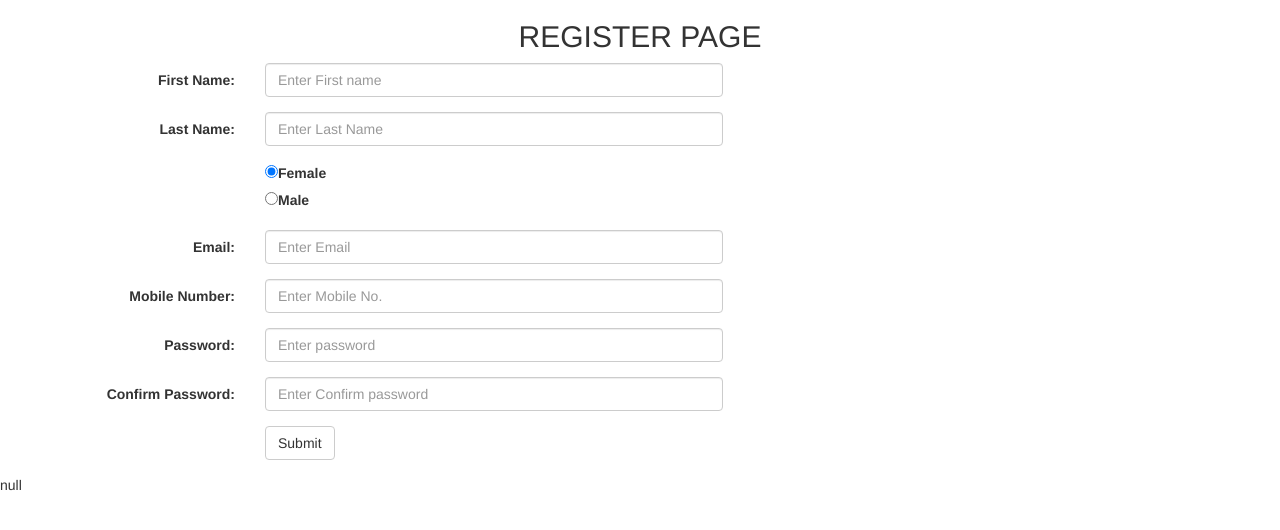
Repository: AvantiKopulwar/Task-Workspace
Page: http://localhost/AdminStudentLogin/register.jsp
The author's editor kept a copy of each file at every save. The page is drawn from the files as they stood at one save, then again after the next save.
The browser window is 1280 px wide. The pictures show the whole page.
The page is served by Tomcat 9.

Above is the page before, as saved 2018-10-04 12:47:06.

After the next save:
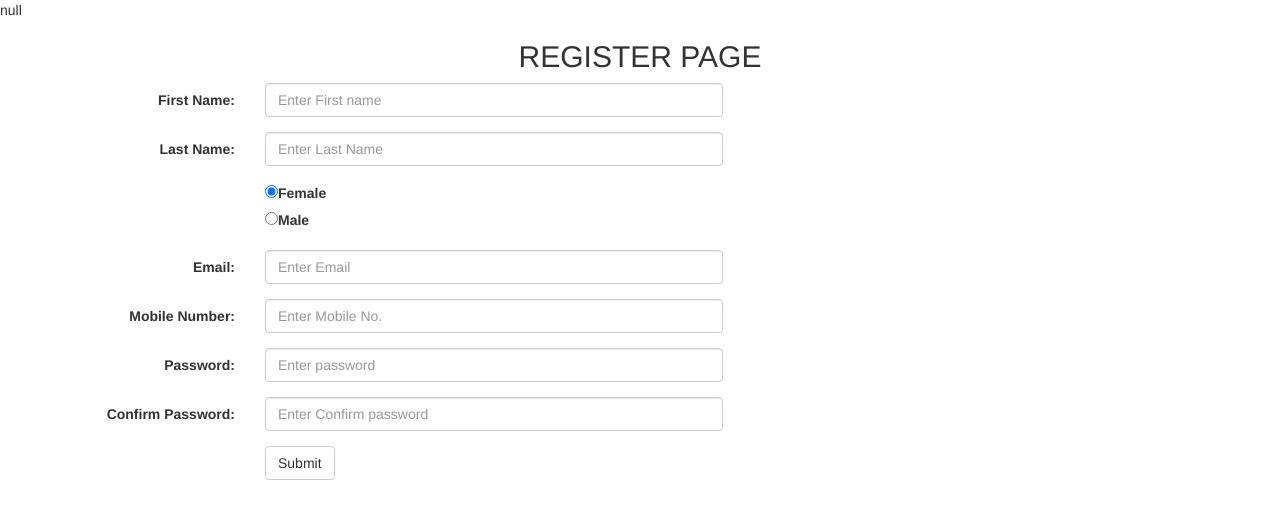
Saved 2 min 21 s later.
--- a/AdminStudentLogin/WebContent/register.jsp
+++ b/AdminStudentLogin/WebContent/register.jsp
@@ -1,3 +1,6 @@
+<%String message= (String) request.getAttribute("msg");
+out.println(message);
+%>
 <%@ page language="java" contentType="text/html; charset=ISO-8859-1"
 	pageEncoding="ISO-8859-1"%>
 <!DOCTYPE html>
@@ -79,6 +82,3 @@
 	</div>
 </body>
 </html>
-<%String message= (String) request.getAttribute("msg");
-out.println(message);
-%>
